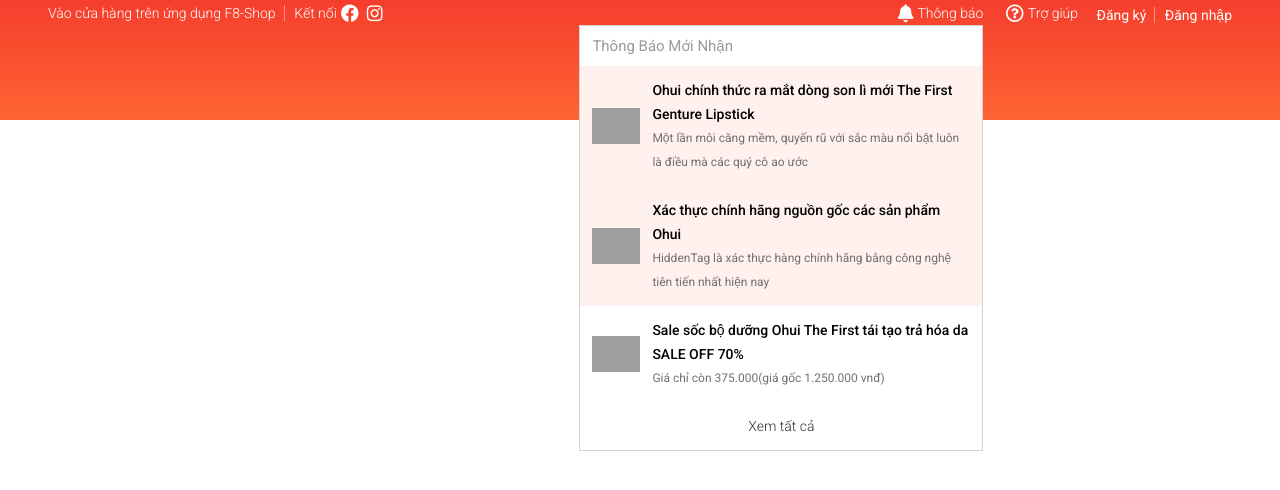
Repository: huynhnhan112/Shopee_Homepage
Page: index.html
The author's editor kept a copy of each file at every save. The page is drawn from the files as they stood at one save, then again after the next save.
The browser window is 1280 px wide. The pictures show the whole page.
Pictures or frames that could not be fetched are drawn as grey boxes.

Above is the page before, as saved 2021-11-19 11:02:34.

After the next save:
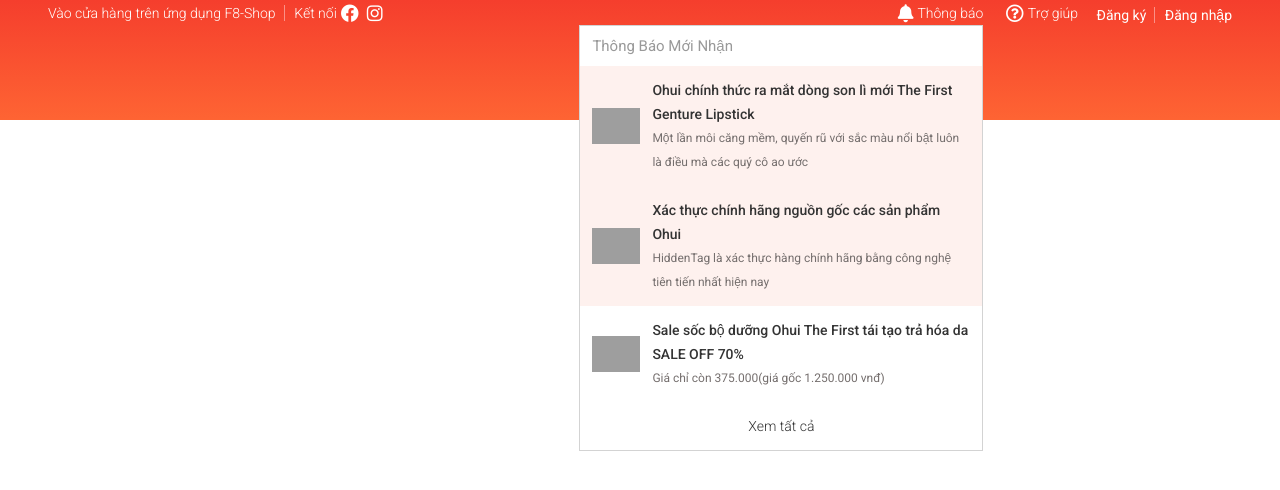
Saved 75 s later.
--- a/assets/css/style.css
+++ b/assets/css/style.css
@@ -180,7 +180,7 @@
 .header__notify-name{
     display: block;
     font-size: 1.4rem;
-    color: var(--black-color);
+    color: var(--text-color);
     font-weight: 500;
 }
 
